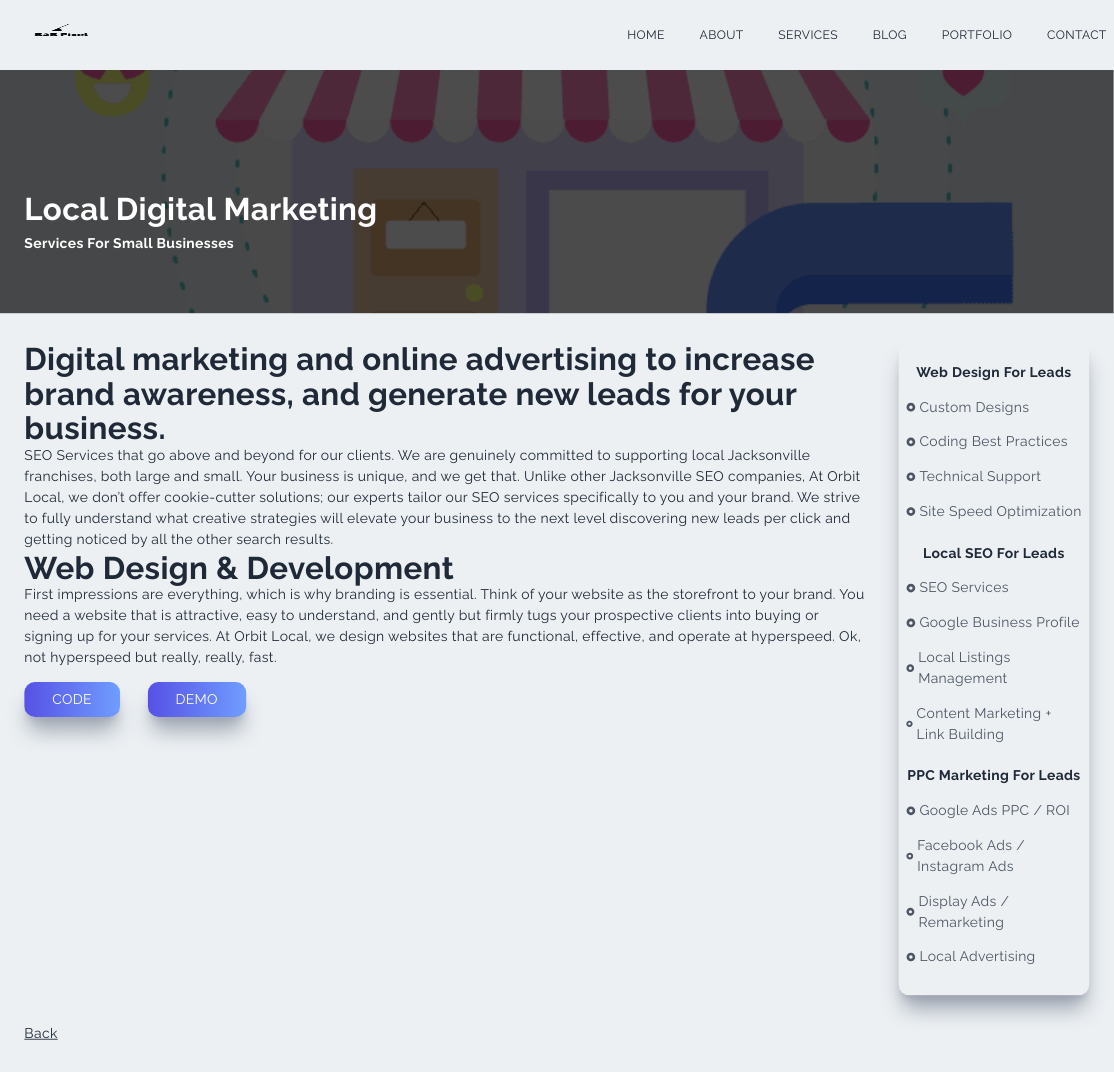
Repository: DID0101/nextjs.b2b
Page: /property
An editor plug-in stored every save of this project. The page is shown before and after the next save, followed by the edit.
The browser window is 1280 px wide. The pictures show the whole page, at 87% of full size.
The project was rebuilt for these pictures with package versions that can differ from the ones it lists, and the page was loaded fresh each time. The framework's server and built-in components were replaced by stand-ins that run in the browser. Also part of the build but not shown: next.config.js.

Above is the page before, as saved 2024-01-22 02:43:53.

After the next save:
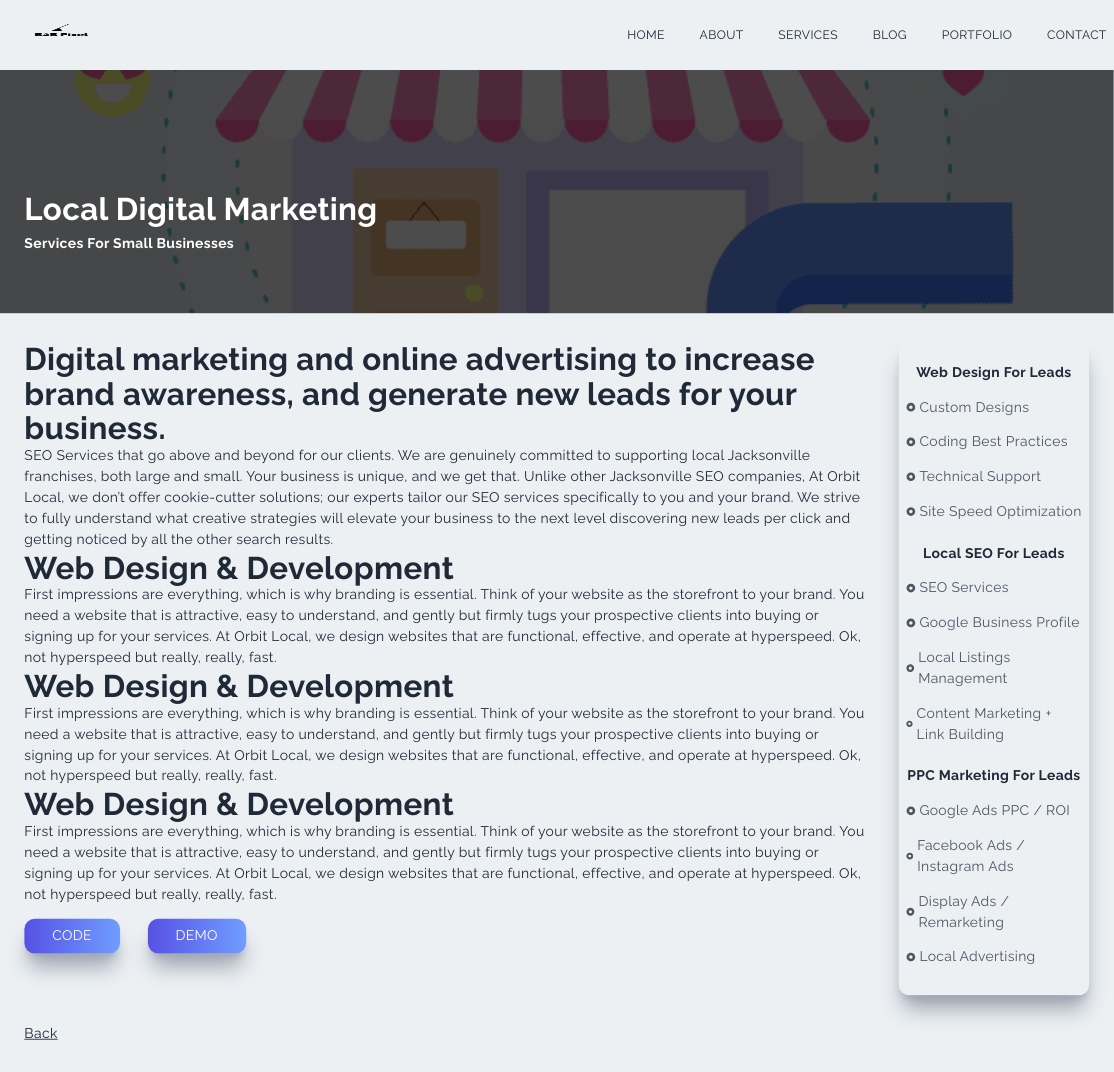
Saved 26 s later.
--- a/pages/property.jsx
+++ b/pages/property.jsx
@@ -28,6 +28,14 @@
           <h2>Digital marketing and online advertising to increase brand awareness, and generate new leads for your  business.</h2>
           <p>
           SEO Services that go above and beyond for our clients. We are genuinely committed to supporting local Jacksonville franchises, both large and small. Your business is unique, and we get that. Unlike other Jacksonville SEO companies, At Orbit Local, we don’t offer cookie-cutter solutions; our experts tailor our SEO services specifically to you and your brand. We strive to fully understand what creative strategies will elevate your business to the next level discovering new leads per click and getting noticed by all the other search results.
+          </p>
+          <h2>Web Design & Development</h2>
+          <p>
+          First impressions are everything, which is why branding is essential. Think of your website as the storefront to your brand. You need a website that is attractive, easy to understand, and gently but firmly tugs your prospective clients into buying or signing up for your services. At Orbit Local, we design websites that are functional, effective, and operate at hyperspeed. Ok, not hyperspeed but really, really, fast.
+          </p>
+          <h2>Web Design & Development</h2>
+          <p>
+          First impressions are everything, which is why branding is essential. Think of your website as the storefront to your brand. You need a website that is attractive, easy to understand, and gently but firmly tugs your prospective clients into buying or signing up for your services. At Orbit Local, we design websites that are functional, effective, and operate at hyperspeed. Ok, not hyperspeed but really, really, fast.
           </p>
           <h2>Web Design & Development</h2>
           <p>
